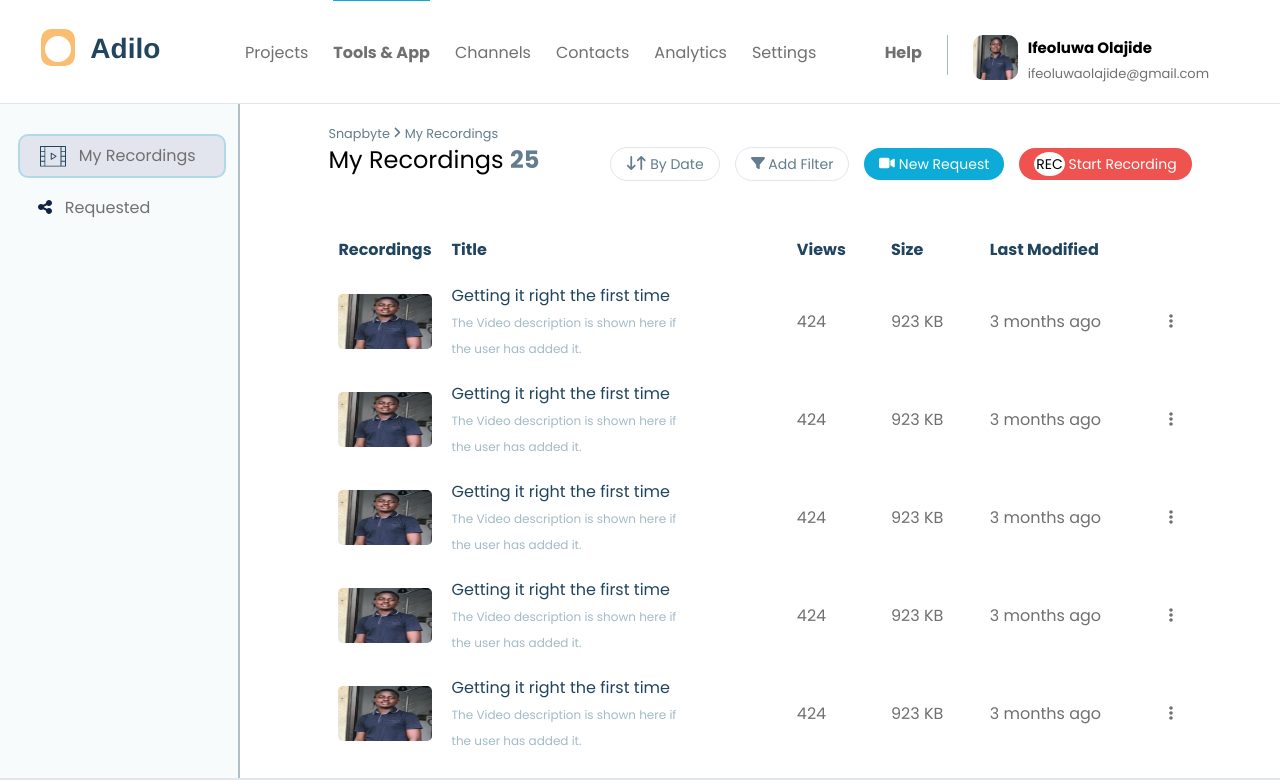
Repository: olhighjay/video_recorder
Page: /
These files come from the project's save history. The page is drawn as it stood at one moment and after the next save; the edit follows.
The browser window is 1280 px wide. The pictures show the whole page.
Some web libraries are served in a nearby version. The project was rebuilt for these pictures with package versions that can differ from the ones it lists, and the page was loaded fresh each time. Also part of the build but not shown: vue.config.js.

Above is the page before, as saved 2022-07-29 08:39:19.

### public/index.html
<!DOCTYPE html>
<html lang="">
  <head>
    <meta charset="utf-8">
    <meta http-equiv="X-UA-Compatible" content="IE=edge">
    <meta name="viewport" content="width=device-width,initial-scale=1.0">
    <link rel="icon" href="<%= BASE_URL %>favicon.ico">
    <title><%= htmlWebpackPlugin.options.title %></title>
    <link rel="stylesheet" href="https://cdn.jsdelivr.net/npm/bootstrap@4.0.0/dist/css/bootstrap.min.css" integrity="sha384-Gn5384xqQ1aoWXA+058RXPxPg6fy4IWvTNh0E263XmFcJlSAwiGgFAW/dAiS6JXm" crossorigin="anonymous">
    <link rel="stylesheet" href="https://cdnjs.cloudflare.com/ajax/libs/font-awesome/6.1.2/css/all.min.css" integrity="sha512-1sCRPdkRXhBV2PBLUdRb4tMg1w2YPf37qatUFeS7zlBy7jJI8Lf4VHwWfZZfpXtYSLy85pkm9GaYVYMfw5BC1A==" crossorigin="anonymous" referrerpolicy="no-referrer" />
  </head>
  <body>
    <noscript>
      <strong>We're sorry but <%= htmlWebpackPlugin.options.title %> doesn't work properly without JavaScript enabled. Please enable it to continue.</strong>
    </noscript>
    <div id="app"></div>
    <!-- built files will be auto injected -->

    <script src="https://cdnjs.cloudflare.com/ajax/libs/font-awesome/6.1.2/js/all.min.js" integrity="sha512-8pHNiqTlsrRjVD4A/3va++W1sMbUHwWxxRPWNyVlql3T+Hgfd81Qc6FC5WMXDC+tSauxxzp1tgiAvSKFu1qIlA==" crossorigin="anonymous" referrerpolicy="no-referrer"></script>
    <script src="https://code.jquery.com/jquery-3.2.1.slim.min.js" integrity="sha384-KJ3o2DKtIkvYIK3UENzmM7KCkRr/rE9/Qpg6aAZGJwFDMVNA/GpGFF93hXpG5KkN" crossorigin="anonymous"></script>
    <script src="https://cdn.jsdelivr.net/npm/popper.js@1.12.9/dist/umd/popper.min.js" integrity="sha384-ApNbgh9B+Y1QKtv3Rn7W3mgPxhU9K/ScQsAP7hUibX39j7fakFPskvXusvfa0b4Q" crossorigin="anonymous"></script>
    <script src="https://cdn.jsdelivr.net/npm/bootstrap@4.0.0/dist/js/bootstrap.min.js" integrity="sha384-JZR6Spejh4U02d8jOt6vLEHfe/JQGiRRSQQxSfFWpi1MquVdAyjUar5+76PVCmYl" crossorigin="anonymous"></script>
  </body>
</html>

### src/App.vue
<template>
  <!-- <img alt="Vue logo" src="./assets/logo.png"> -->
  <div>
    <navbar></navbar>
    <div id="main-flex">
      <div class="my-sidebar">
        <ul class="my-sidebar-items">
            <li class="sidebar-item-active"> <img src="./assets/video-player.png" alt=""> &nbsp; My Recordings</li>
            <li> <i class="fa fa-share-alt" style="color:#102346"></i> &nbsp; Requested</li>
        </ul>
      </div>
        <div class="my-main">
          <div class="my-main-container">
            <div><small class="breadcrumbs">Snapbyte <i class="fa fa-angle-right" style="font-weight:200"></i> My Recordings</small></div>
            <div class="subheading-tab">
              <div> <span class="my-recordings">My Recordings </span><span class="my-recordings-count">25</span> </div>
              <div>
                <button class="sub-heading-btn white-btn">
                  <i class="fa fa-long-arrow-down" aria-hidden="true"></i>
                  <i class="fa fa-long-arrow-up" aria-hidden="true"></i>
                  By Date
                </button>
                <button class="sub-heading-btn white-btn">
                  <i class="fa-solid fa-filter"></i>
                  Add Filter
                </button>
                <button class="sub-heading-btn blue-btn">
                  <i class="fa fa-video"></i>
                  New Request
                </button>
                <button class="sub-heading-btn red-btn">
                  <span style="color:#000; background-color:#fff; border-radius:50%; padding:2px">REC</span>
                  Start Recording
                </button>
              </div>
            </div>
            <!-- <div style="border: 1px dashed #A3BAC6; margin-top:30px;
              border-radius: 38px;
              opacity: 1; padding-top:105.9px; padding-bottom:68.5px">
              <p style="color: #000; font-size: 22px; text-align:center; font-weight:medium; margin-top:56px">Say hello to the world!</p>
              <p style="color: #637C8E; font-size: 14px; text-align:center;">Record your first video/audio and share it what your team, friends, <br />followers and customers.</p>
              <div class="text-center">
                <button class="sub-heading-btn red-btn">Start Recording</button>
                <button class="sub-heading-btn blue-btn">New Request</button>
              </div>
            </div>
            <div class="footer" style="margin-top:42px; margin-bottom: 140px">
              <div>

              </div>
              <div>
                <p style="font-size: 26px; color:#21455E">Want more controls & better <br />quality recording?</p>
                <button class="sub-heading-btn blue-btn">Download the desktop recorder</button>
              </div>
            </div> -->
            <div class="table-responsive-xl" style="margin-top:46.1px">
              <table class="">
  <thead>
    <tr >
      <th scope="col" class="my-table-title">Recordings</th>
      <th scope="col" class="my-table-title" colspan="3">Title</th>
      <th scope="col" style="width:10%"></th>
      <th scope="col" class="my-table-title">Views</th>
      <th scope="col" class="my-table-title">Size</th>
      <th scope="col" class="my-table-title">Last Modified</th>
      <th scope="col" class="my-table-title"></th>
    </tr>
  </thead>
  <tbody>
    <tr>
      <td style="width:13%; ">
        <img alt="Profile Image" src="./assets/profile.jpg" class="table-profile-image">
      </td>
      <td style="width:30%" colspan="3">
        <span class="row-col-txt">Getting it right the first time </span> <br />
        <span class="row-col-subtxt">The Video description is shown here if the user has added it. </span>
      </td>
      <td style="width:10%">
      </td>
      <td>424</td>
      <td>923 KB</td>
      <td>3 months ago</td>
      <td><i class="fa fa-ellipsis-v"></i></td>
    </tr>
    <tr>
      <td style="width:13%; ">
        <img alt="Profile Image" src="./assets/profile.jpg" class="table-profile-image">
      </td>
      <td style="width:30%" colspan="3">
        <span class="row-col-txt">Getting it right the first time </span> <br />
        <span class="row-col-subtxt">The Video description is shown here if the user has added it. </span>
      </td>
      <td style="width:10%">
      </td>
      <td>424</td>
      <td>923 KB</td>
      <td>3 months ago</td>
      <td><i class="fa fa-ellipsis-v"></i></td>
    </tr>
    <tr>
      <td style="width:13%; ">
        <img alt="Profile Image" src="./assets/profile.jpg" class="table-profile-image">
      </td>
      <td style="width:30%" colspan="3">
        <span class="row-col-txt">Getting it right the first time </span> <br />
        <span class="row-col-subtxt">The Video description is shown here if the user has added it. </span>
      </td>
      <td style="width:10%">
      </td>
      <td>424</td>
      <td>923 KB</td>
      <td>3 months ago</td>
      <td><i class="fa fa-ellipsis-v"></i></td>
    </tr>
    <tr>
      <td style="width:13%; ">
        <img alt="Profile Image" src="./assets/profile.jpg" class="table-profile-image">
      </td>
      <td style="width:30%" colspan="3">
        <span class="row-col-txt">Getting it right the first time </span> <br />
        <span class="row-col-subtxt">The Video description is shown here if the user has added it. </span>
      </td>
      <td style="width:10%">
      </td>
      <td>424</td>
      <td>923 KB</td>
      <td>3 months ago</td>
      <td><i class="fa fa-ellipsis-v"></i></td>
    </tr>
    <tr>
      <td style="width:13%; ">
        <img alt="Profile Image" src="./assets/profile.jpg" class="table-profile-image">
      </td>
      <td style="width:30%" colspan="3">
        <span class="row-col-txt">Getting it right the first time </span> <br />
        <span class="row-col-subtxt">The Video description is shown here if the user has added it. </span>
      </td>
      <td style="width:10%">
      </td>
      <td>424</td>
      <td>923 KB</td>
      <td>3 months ago</td>
      <td><i class="fa fa-ellipsis-v"></i></td>
    </tr>
  </tbody>
</table>
            </div>
          </div>
        </div>
    </div>
  </div>
</template>

<script>
// import HelloWorld from './components/HelloWorld.vue'
import Navbar from './layouts/Navbar.vue'

export default {
  name: 'App',
  components: {
    Navbar
  }
}
</script>


<style>
 @import url('https://fonts.googleapis.com/css2?family=Poppins:wght@400;500;700&display=swap');

#main-flex {
  display: flex;
  width: 100%;
}

.my-sidebar {
  flex: 0 0 240px;
  /* width: 20%; */
  /* height: 100%; */
  background-color: #ebf2f656;
  border-right: 2px solid #21455e54;
  /* border-right: 2px solid #21455E; */
  /* width:250px; */
}
.my-sidebar-items {
  list-style: none;
  padding: 20px 0;
}
.my-sidebar-items>li {
  margin : 10px 12px 10px 18px;
  padding: 7px 20px ;
}
.sidebar-item-active {
  background-color: #E2E5ED;
  border: 2px solid #0DABD838;
  border-radius: 10px;
}





.my-main {
  flex: 1;
  flex-wrap: wrap;
}
.my-main-container {
  padding: 1.5% 8.5%;
}
.subheading-tab {
  display: flex;
  justify-content: space-between;
}
.sub-heading-btn {
  padding: 3px 15px;
  border-radius: 20px;
  margin-left: 15px;
  font-size: 14px;
}
.white-btn {
  border: 1px solid #E2E5ED;
  background-color: white;
  color: #637C8E;
}
.blue-btn {
  border: none;
  background-color: #0DABD8;
  color: #fff;
}
.red-btn {
  border: none;
  background-color: #EF5350;
  color: #fff;
}
.my-recordings, .my-recordings-count {
  font-size: 24px;
  color: #000
}
.my-recordings {
  color: #000
}
.my-recordings-count {
  color: #637C8E;
  font-weight: 600;
}
.breadcrumbs {
  color:#637C8E;
}


table  {
  border-spacing: 300px !important;
}
th, td {
  padding: 10px;
}
.my-table-title {
  text-align: left;
  font: normal normal medium 18px/27px Poppins;
  letter-spacing: 0px;
  color: #21455E;
}
.row-col-txt {
  color:#21455E
}
.row-col-subtxt {
  text-align: left;
  font: normal normal normal 12px/18px Poppins;
  letter-spacing: 0px;
  color: #A3BAC6;
  line-height: 0;
}
.table-profile-image {
  width:100%;
  height:55px;
  border-radius:5px;
}


#app {
  font-family: Avenir, Helvetica, Arial, sans-serif;
  font: normal normal normal 14px/26px Poppins;
  -webkit-font-smoothing: antialiased;
  -moz-osx-font-smoothing: grayscale;
   /* text-align: center; */
   font-size: 16px;
  color: #707070;
  border-bottom: solid 2px #E2E5ED;
  overflow: hidden;
  /* margin-top: 60px;  */
}


</style>

### src/layouts/Navbar.vue
<template>
    <nav class="">
      <div class="nav-logo-area">
        <div class="nav-logo-area-inner">
          <div class="white-logo-wrap">
            <span class="white-logo-bkg">
            <img alt="Adilo logo" src="../assets/swarm.png">
            </span>
          </div>
          <div class="adilo">Adilo</div>
        </div>
      </div>
      <div class="nav-tab">
        <ul class="my-nav-list">
          <li><a>Projects</a></li>
          <li class="active-nav-item"> <a>Tools & App</a></li>
          <li><a>Channels</a></li>
          <li><a>Contacts</a></li>
          <li><a>Analytics</a></li>
          <li><a>Settings</a></li>
        </ul>
      </div>
      <div class="nav-profile">
        <ul class="my-nav-list">
          <li><a><b>Help</b></a></li>
        </ul>
        <div class="profile-info">
          <div class="profile-border"></div>
          <div >
            <img alt="Profile Image" src="../assets/profile.jpg" class="profile-img">
          </div>
          <div style="margin-left:10px">
            <span class="profile-name">Ifeoluwa Olajide </span>
            <p class="profile-email">ifeoluwaolajide@gmail.com</p>
          </div>
        </div>
      </div>
    </nav>
</template>
<script>
export default {
    name: 'NavbarComponent'
}
</script>
<style>
     nav {
    display: flex;
    /* height: 69px; */
    padding: 0 0.032%;
    border-bottom: solid 1px #E2E5ED;
  }

  .nav-logo-area {
    flex: 0 0 16%;
    padding-left: 3.2%;
    padding-top: 19px;
    padding-bottom: 27px;
  }
  .nav-logo-area-inner {
    display: flex;
  }
  .nav-tab {
    flex: 0 0 50%;
  }
  .nav-profile {
    flex: 0 0 34%;
    display: flex;
  }
  .my-nav-list {
    list-style: none;
    padding-top: 40px;
  }
  .my-nav-list>li {
    display: inline;
    margin-right: 25px;
    padding-top: 40px;
  }
  .my-nav-list>li>a {
    text-align: left;
    /* font: normal normal normal 18px/27px Poppins; */
    letter-spacing: 0px;
    color: #707070;
    opacity: 1
  }
  .white-logo-wrap {
    padding-top:16px;
  }
  .white-logo-bkg {
    background-color:#FBBD71;
    padding:7px 4px;
    border-radius:10px;
  }
  .adilo {
    font: normal normal bold 28px/32px Helvetica;
    font-size:28px;
    margin-left:15px;
    font-weight:bold;
    color:#21455E;
    padding-top:14px;
  }
  .profile-info {
    padding-top:35px;
    display:flex;
  }
  .active-nav-item {
    border-top: 6px solid #0DABD8;
    font-weight: 600;
  }
  .profile-border {
    border-left: 1px solid #A3BAC6;
    padding-left:25px;
    height:40px;
  }
  .profile-img {
    width:45px; height: 45px;
    border-radius:10px;
  }
  .profile-name {
    font-weight:bold;
    font-size:15px;
    color:black;
  }
  .profile-email {
    font-size:13px;
  }
</style>

Loaded but not shown: src/main.js (common file)

After the next save:
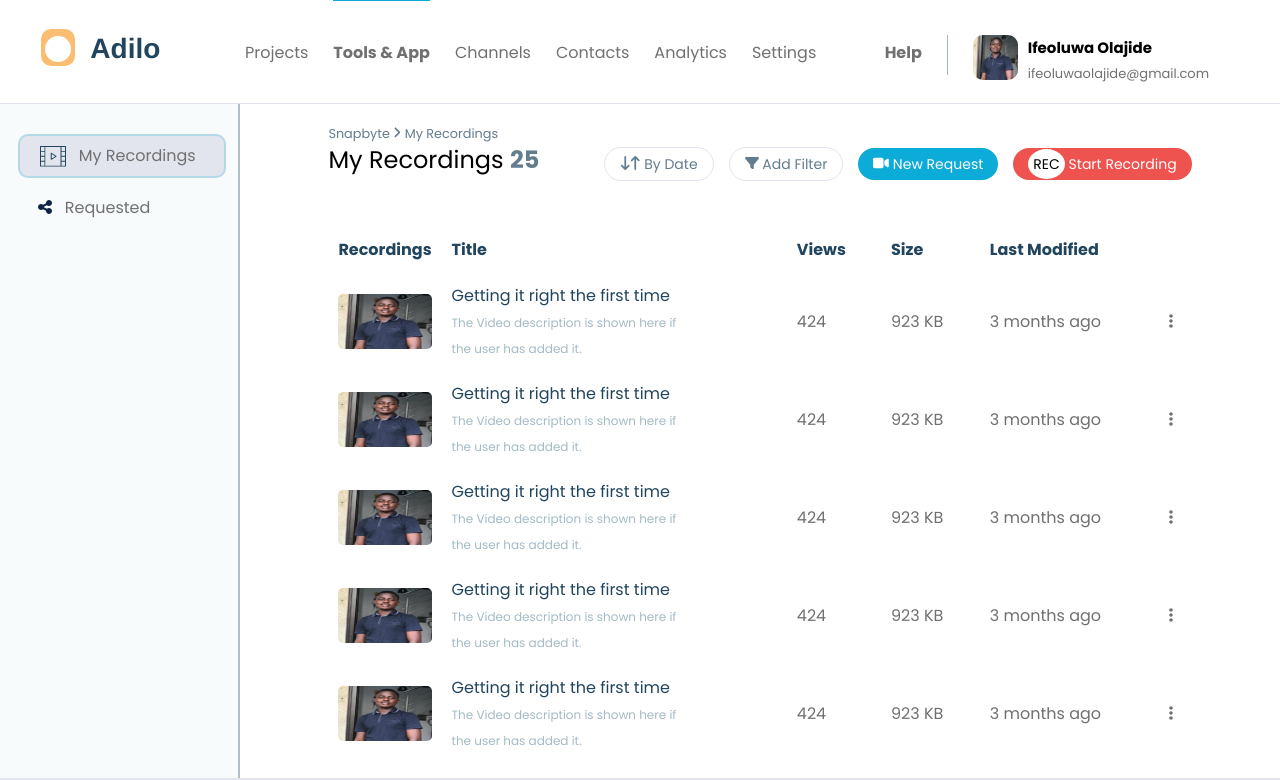
Saved 10 s later.
--- a/src/App.vue
+++ b/src/App.vue
@@ -29,7 +29,7 @@
                   New Request
                 </button>
                 <button class="sub-heading-btn red-btn">
-                  <span style="color:#000; background-color:#fff; border-radius:50%; padding:2px">REC</span>
+                  <span style="color:#000; background-color:#fff; border-radius:50%; padding:5px">REC</span>
                   Start Recording
                 </button>
               </div>
